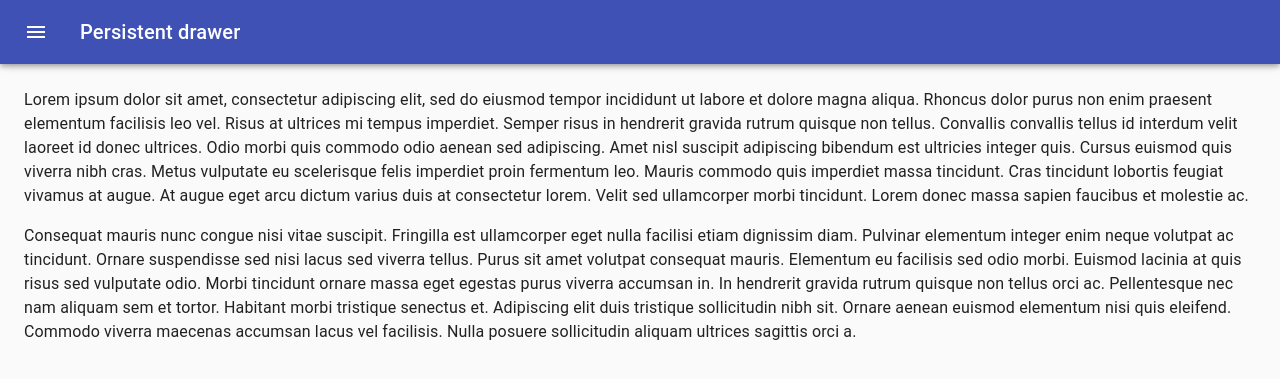
Repository: KishoreNewton/newcolors
Page: /create-new-colors
These files come from the project's save history. The page is drawn as it stood at one moment and after a run of saves; the edit follows.
The browser window is 1280 px wide. The pictures show the whole page.
The project was rebuilt for these pictures with package versions that can differ from the ones it lists, and the page was loaded fresh each time. Also part of the build but not shown: src/ColorBox.css, src/styles/ColorBoxStyles.js, src/ColorBox.js, src/Palette.css, src/styles/NavBarStyles.js, src/NavBar.js, src/styles/PaletteStyles.js, src/Palette.js and 5 more.

Above is the page before, as saved 2019-12-13 01:03:58.

After the next 2 saves:
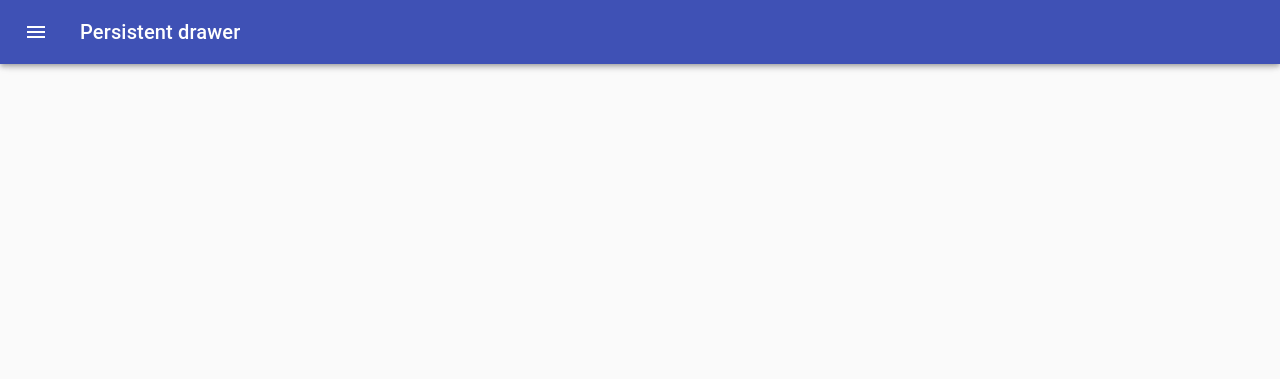
The 2 saves are shown as one change because they came seconds apart.
The last was saved 28 s later.
--- a/src/NewPaletteForm.js
+++ b/src/NewPaletteForm.js
@@ -156,30 +156,6 @@ const styles = theme => ({
             })}
           >
             <div className={classes.drawerHeader} />
-            <Typography paragraph>
-              Lorem ipsum dolor sit amet, consectetur adipiscing elit, sed do eiusmod tempor
-              incididunt ut labore et dolore magna aliqua. Rhoncus dolor purus non enim praesent
-              elementum facilisis leo vel. Risus at ultrices mi tempus imperdiet. Semper risus in
-              hendrerit gravida rutrum quisque non tellus. Convallis convallis tellus id interdum
-              velit laoreet id donec ultrices. Odio morbi quis commodo odio aenean sed adipiscing.
-              Amet nisl suscipit adipiscing bibendum est ultricies integer quis. Cursus euismod quis
-              viverra nibh cras. Metus vulputate eu scelerisque felis imperdiet proin fermentum leo.
-              Mauris commodo quis imperdiet massa tincidunt. Cras tincidunt lobortis feugiat vivamus
-              at augue. At augue eget arcu dictum varius duis at consectetur lorem. Velit sed
-              ullamcorper morbi tincidunt. Lorem donec massa sapien faucibus et molestie ac.
-            </Typography>
-            <Typography paragraph>
-              Consequat mauris nunc congue nisi vitae suscipit. Fringilla est ullamcorper eget nulla
-              facilisi etiam dignissim diam. Pulvinar elementum integer enim neque volutpat ac
-              tincidunt. Ornare suspendisse sed nisi lacus sed viverra tellus. Purus sit amet volutpat
-              consequat mauris. Elementum eu facilisis sed odio morbi. Euismod lacinia at quis risus
-              sed vulputate odio. Morbi tincidunt ornare massa eget egestas purus viverra accumsan in.
-              In hendrerit gravida rutrum quisque non tellus orci ac. Pellentesque nec nam aliquam sem
-              et tortor. Habitant morbi tristique senectus et. Adipiscing elit duis tristique
-              sollicitudin nibh sit. Ornare aenean euismod elementum nisi quis eleifend. Commodo
-              viverra maecenas accumsan lacus vel facilisis. Nulla posuere sollicitudin aliquam
-              ultrices sagittis orci a.
-            </Typography>
           </main>
         </div>
       );
